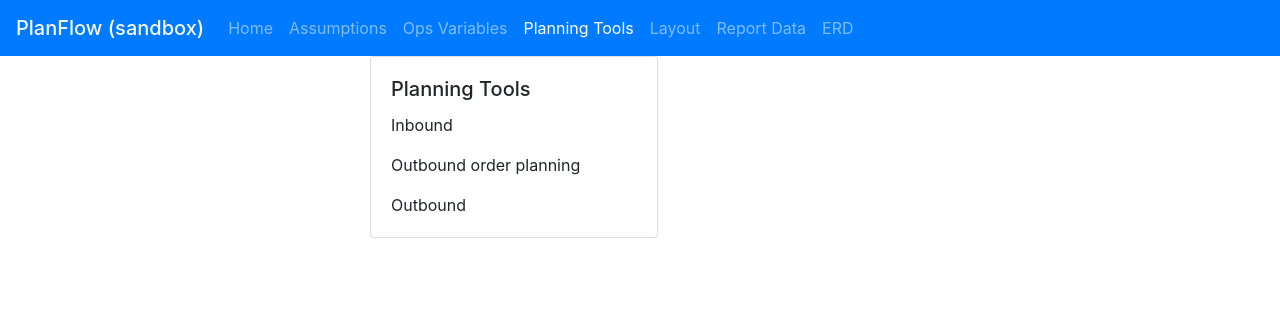
Repository: gholler76/planflow
Page: http://localhost/planflow/WEB-INF/planningtools.jsp
An editor plug-in stored every save of this project. The page is shown before and after the next save, followed by the edit.
The browser window is 1280 px wide. The pictures show the whole page.
The page is served by Tomcat 9. Nobody is signed in. Other server files are loaded and not shown. The template is opened directly, without the code that normally fills it, so the values that code supplies are empty.

Above is the page before, as saved 2021-05-28 20:08:14.

### planflow/src/main/webapp/WEB-INF/planningtools.jsp
<%@ page language="java" contentType="text/html; charset=UTF-8" pageEncoding="UTF-8"%>
<%@ taglib prefix="c" uri="http://java.sun.com/jsp/jstl/core"%>
<%@ taglib prefix="form" uri="http://www.springframework.org/tags/form"%>
<%@ page isErrorPage="true"%>
<%@ taglib prefix="fmt" uri="http://java.sun.com/jsp/jstl/fmt" %>
<%@ taglib prefix="fn" uri="http://java.sun.com/jsp/jstl/functions" %>

<!DOCTYPE html>
<html>
<head>
    <meta charset="UTF-8">
    <title>PlanFlow</title>
    <script src="https://code.jquery.com/jquery-3.5.1.slim.min.js" integrity="sha384-DfXdz2htPH0lsSSs5nCTpuj/zy4C+OGpamoFVy38MVBnE+IbbVYUew+OrCXaRkfj" crossorigin="anonymous"></script>
	<script src="https://cdn.jsdelivr.net/npm/bootstrap@4.6.0/dist/js/bootstrap.bundle.min.js" integrity="sha384-Piv4xVNRyMGpqkS2by6br4gNJ7DXjqk09RmUpJ8jgGtD7zP9yug3goQfGII0yAns" crossorigin="anonymous"></script>
    <link rel="stylesheet" href="https://cdn.jsdelivr.net/npm/bootstrap@4.6.0/dist/css/bootstrap.min.css" integrity="sha384-B0vP5xmATw1+K9KRQjQERJvTumQW0nPEzvF6L/Z6nronJ3oUOFUFpCjEUQouq2+l" crossorigin="anonymous">
</head>
<body>
<nav class="navbar navbar-expand-lg navbar-dark bg-primary">
	    <span class="navbar-brand text-light mb-0 h1">PlanFlow (sandbox)</span>
	  <button class="navbar-toggler" type="button" data-toggle="collapse" data-target="#navbarNavAltMarkup" aria-controls="navbarNavAltMarkup" aria-expanded="false" aria-label="Toggle navigation">
	    <span class="navbar-toggler-icon"></span>
	  </button>
	  <div class="collapse navbar-collapse" id="navbarNavAltMarkup">
	    <div class="navbar-nav">
	      <a class="nav-link" href="/">Home</a>
	      <a class="nav-link" href="/assumptions">Assumptions</a>
	      <a class="nav-link" href="/opsvariables">Ops Variables</a>
	      <a class="nav-link active" href="/planningtools">Planning Tools<span class="sr-only">(current)</span></a>
	      <a class="nav-link" href="/layout">Layout</a>
	      <a class="nav-link" href="reportdata">Report Data</a>
	      <a class="nav-link" href="/erd">ERD</a>
	    </div>
	  </div>
	</nav>
	<div class="container">
		<div class="row justify-content-center">
    		<div class="col-6">
    			<div class="card" style="width: 18rem;">
  					<div class="card-body">
					    <h5 class="card-title">Planning Tools</h5>
					    <p class="card-text">Inbound</p>
					    <p class="card-text">Outbound order planning</p>
					    <p class="card-text">Outbound</p>
				  	</div>
				</div>
   	 		</div>
    	</div>
	</div>

</body>
</html>

After the next save:
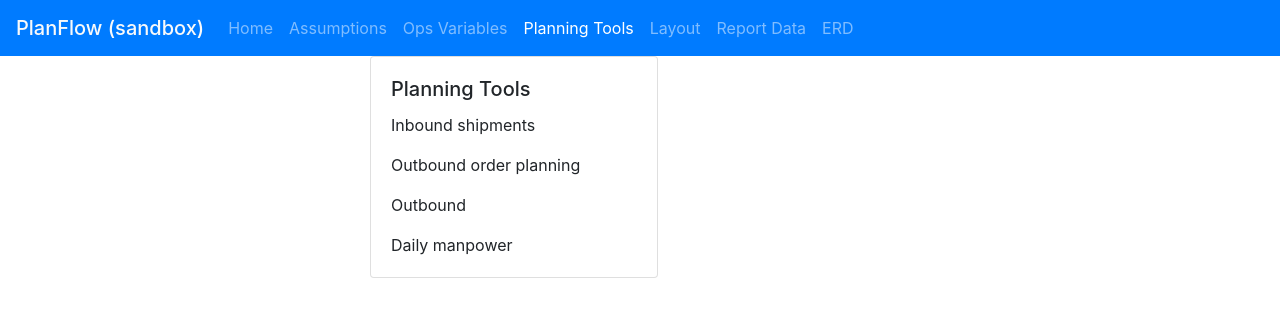
Saved 3 min 43 s later.
--- a/planflow/src/main/webapp/WEB-INF/planningtools.jsp
+++ b/planflow/src/main/webapp/WEB-INF/planningtools.jsp
@@ -38,9 +38,10 @@
     			<div class="card" style="width: 18rem;">
   					<div class="card-body">
 					    <h5 class="card-title">Planning Tools</h5>
-					    <p class="card-text">Inbound</p>
+					    <p class="card-text">Inbound shipments</p>
 					    <p class="card-text">Outbound order planning</p>
 					    <p class="card-text">Outbound</p>
+					    <p class="card-text">Daily manpower</p>
 				  	</div>
 				</div>
    	 		</div>
